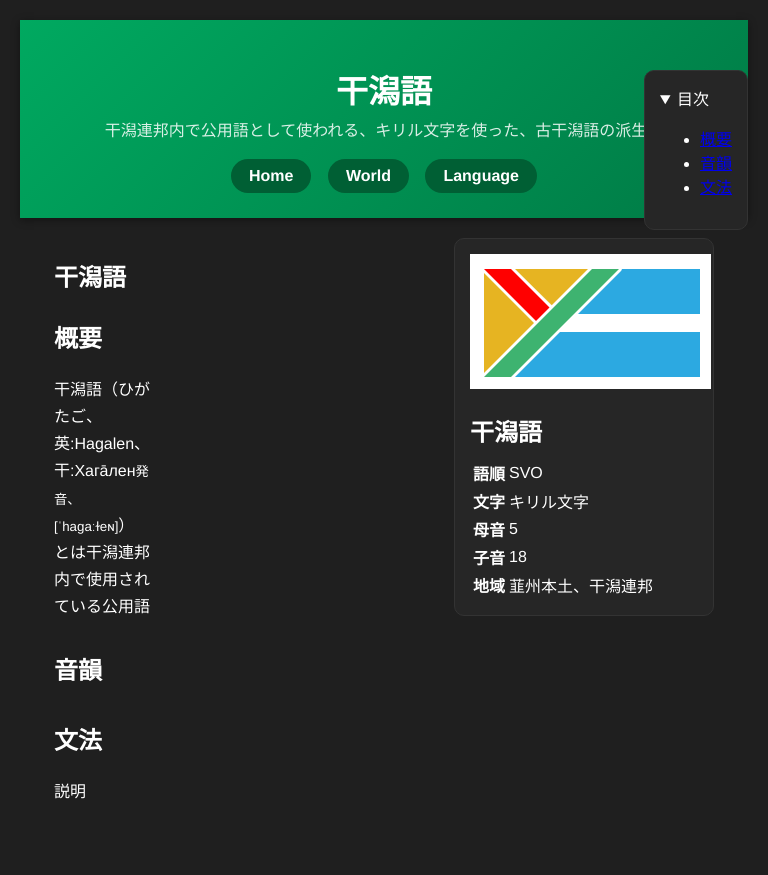
Repository: Player5270-antake/Player5270-antake.github.io
Page: language/hagalen/index.html
These files come from the project's save history. The page is drawn as it stood at one moment and after the next save; the edit follows.
The browser window is 768 px wide. The pictures show the whole page.

Above is the page before, as saved 2026-03-08 17:32:54.

### language/hagalen/index.html
<!DOCTYPE html>
<html lang="ja">
<head>
    <meta charset="UTF-8">
    <meta name="viewport" content="width=device-width, initial-scale=1.0">
    <title>干潟語 | あんたけのガレージセンター</title>
    <link rel="stylesheet" href="../../css/style.css">
    <link rel="stylesheet" href="../../css/header.css">
    <link rel="stylesheet" href="../../css/subpage.css">
</head>
<body class="subpage">
    <div class="progress-bar">
        <div class="progress"></div>
    </div>
    <div class="container">
        <header>
            <h1>干潟語</h1>
            <p>干潟連邦内で公用語として使われる、キリル文字を使った、古干潟語の派生語</p>
            <nav>
                <a href="../../">Home</a>
                <a href="../../world/">World</a>
                <a href="../">Language</a>
            </nav>
        </header>
        <main>
            <aside class="infobox">
                <img src="../../image/flag_hagalen.png" alt="言語旗">
                <h2>干潟語</h2>

                <table>

                <tr>
                <th>語順</th>
                <td>SVO</td>
                </tr>

                <tr>
                <th>文字</th>
                <td>キリル文字</td>
                </tr>

                <tr>
                <th>母音</th>
                <td>5</td>
                </tr>

                <tr>
                <th>子音</th>
                <td>18</td>
                </tr>

                <tr>
                <th>地域</th>
                <td>韮州本土、干潟連邦</td>
                </tr>

                </table>
            </aside>
            <div class="page-layout">

                <article class="article">
                <h1>干潟語</h1>

                <section id="overview">
                <h2>概要</h2>
                <p>干潟語（ひがたご、英:Hagalen、干:Хага̄лен<small>発音、[ˈhaɡaːɫeɴ]</small>）とは干潟連邦内で使用されている公用語</p>
                </section>

                <section id="phonology">
                <h2>音韻</h2>
                <p></p>
                </section>

                <section id="grammar">
                <h2>文法</h2>
                <p>説明</p>
                </section>

                </article>

                <button class="toc-toggle">
                    <span></span>
                    <span></span>
                    <span></span>
                </button>
                <details class="toc" open>
                <summary>目次</summary>
                <ul>
                <li><a href="#overview">概要</a></li>
                <li><a href="#phonology">音韻</a></li>
                <li><a href="#grammar">文法</a></li>
                </ul>
                </details>

                </div>
        </main>
    </div>
    <script src="../../javascript/script.js"></script>
</body>
</html>

### css/style.css
/* 全体設定 */
*{
    box-sizing:border-box;
}

body{
    background-color:#1f1f1f;
    color:white;
    font-family:'Helvetica Neue','Helvetica','Arial',sans-serif;
    margin:0;
}

html{
    scroll-behavior:smooth;
}

.container{
    max-width:900px;
    margin:0 auto;
    padding:20px;
}

/* 本文 */
main{
    padding:20px;
    margin-top:20px;
    max-width:700px;
    margin:auto;
}

section{
    margin-bottom:30px;
}

h2{
    margin-bottom:10px;
}

/* フッター */
footer{
    margin-top:40px;
    padding:25px;
    text-align:center;
    background:#181818;
    border-top:1px solid #333;
}

.footer-nav{
    margin-top:10px;
}

.footer-nav a{
    text-decoration:none;
    color:#aaa;
    margin:0 10px;
}

.footer-nav a:hover{
    color:white;
}

### css/header.css
header{
    background:linear-gradient(135deg,#00a960,#007a45);
    padding:25px;
    text-align:center;
    z-index:1000;
    box-shadow:0 2px 8px rgba(0,0,0,0.4);
}

header h1{
    margin-bottom:5px;
    font-size:32px;
}

header p{
    margin-top:0;
    opacity:0.85;
}

/* ナビ */
nav{
    margin-top:18px;
}

nav a{
    text-decoration:none;
    color:white;
    background-color:#005f34;
    padding:8px 18px;
    margin:0 6px;
    border-radius:20px;
    font-weight:bold;
    display:inline-block;
}

nav a:hover{
    background-color:#004d2b;
    transform:translateY(-2px);
}

### css/subpage.css
/* ヘッダー固定しない */
header{
    position:static;
}

/* ページレイアウト */
.page-layout{
    display:grid;
    grid-template-columns:1fr 250px;
    gap:40px;
}

.article{
    max-width:800px;
    line-height:1.7;
}

/* 目次 */
.toc{
    position:fixed;
    top:70px;
    right:20px;
    background:#262626;
    border:1px solid #333;
    border-radius:10px;
    padding:15px;
}

/* infobox */
.infobox{
    float:right;
    width:260px;
    background:#262626;
    border:1px solid #333;
    border-radius:10px;
    padding:15px;
    margin:0 0 20px 20px;
}

### javascript/script.js
const sections = document.querySelectorAll("section");
const links = document.querySelectorAll(".toc a");

const observer = new IntersectionObserver(entries => {

entries.forEach(entry => {

if(entry.isIntersecting){

links.forEach(link => {
link.classList.remove("active");
});

const id = entry.target.getAttribute("id");
const activeLink = document.querySelector(`.toc a[href="#${id}"]`);

if(activeLink){
activeLink.classList.add("active");
}

}

});

window.addEventListener("scroll", () => {

    const scrollTop = document.documentElement.scrollTop;
    const scrollHeight = document.documentElement.scrollHeight - document.documentElement.clientHeight;

    const progress = (scrollTop / scrollHeight) * 100;

    document.querySelector(".progress").style.width = progress + "%";

    });

},{
rootMargin: "-40% 0px -55% 0px"
});

sections.forEach(section=>{
observer.observe(section);
});

const button = document.querySelector(".toc-toggle");
const toc = document.querySelector(".toc");

window.addEventListener("scroll", () => {

if(window.scrollY > 300){
button.style.display = "block";
}else{
button.style.display = "none";
}

});

button.addEventListener("click", () => {

toc.classList.toggle("open");

});

After the next save:
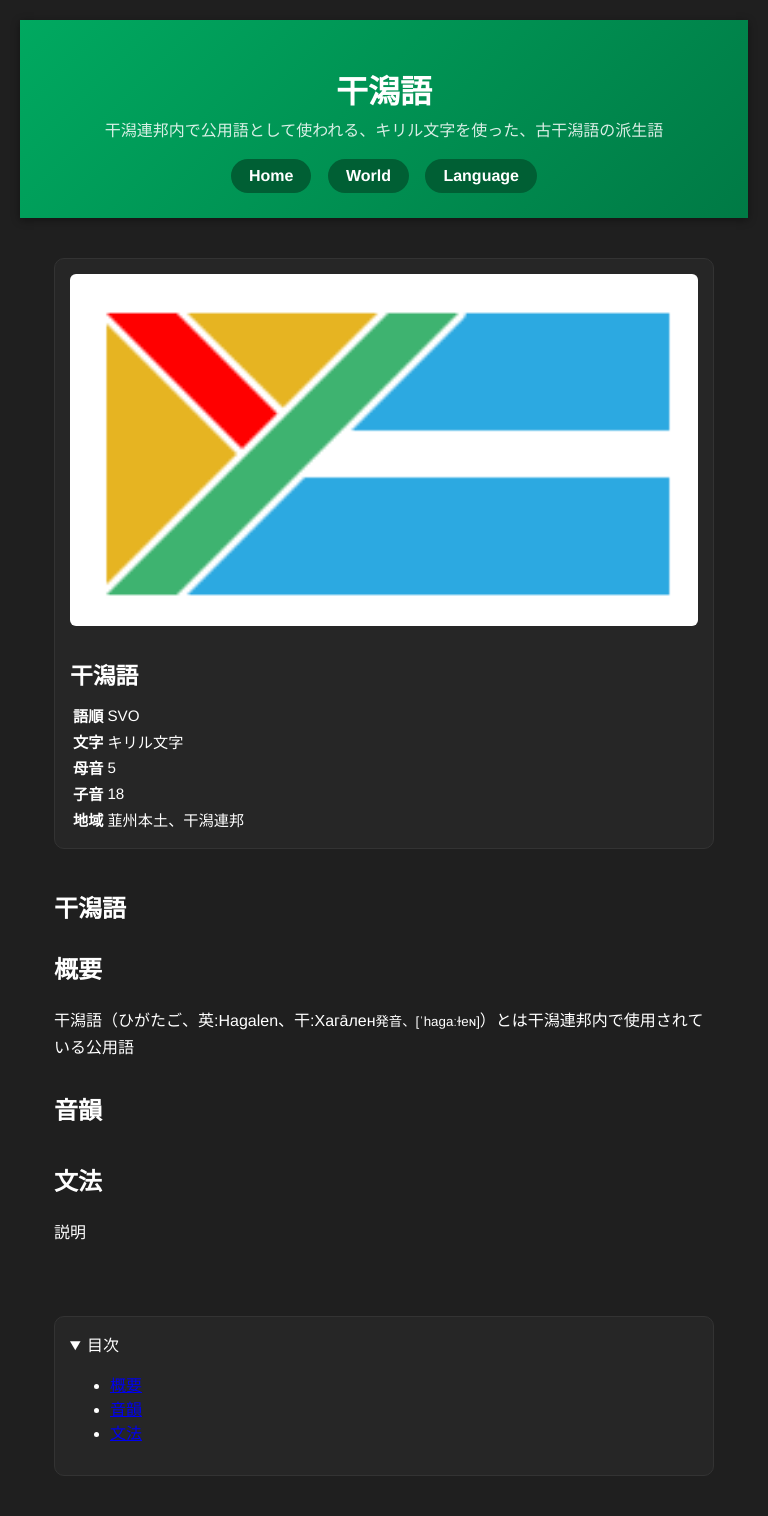
Saved 18 s later.
--- a/css/subpage.css
+++ b/css/subpage.css
@@ -1,6 +1,12 @@
-/* ヘッダー固定しない */
+/* ヘッダー固定なし */
 header{
     position:static;
+}
+
+/* 記事 */
+.article{
+    max-width:800px;
+    line-height:1.7;
 }
 
 /* ページレイアウト */
@@ -8,11 +14,6 @@ header{
     display:grid;
     grid-template-columns:1fr 250px;
     gap:40px;
-}
-
-.article{
-    max-width:800px;
-    line-height:1.7;
 }
 
 /* 目次 */
@@ -35,4 +36,30 @@ header{
     border-radius:10px;
     padding:15px;
     margin:0 0 20px 20px;
+    font-size:0.95em;
 }
+
+.infobox img{
+    width:100%;
+    border-radius:6px;
+    margin-bottom:10px;
+}
+
+/* スマホ */
+@media (max-width:900px){
+
+    .page-layout{
+        grid-template-columns:1fr;
+    }
+
+    .toc{
+        position:static;
+    }
+
+    .infobox{
+        float:none;
+        width:100%;
+        margin:20px 0;
+    }
+
+}
